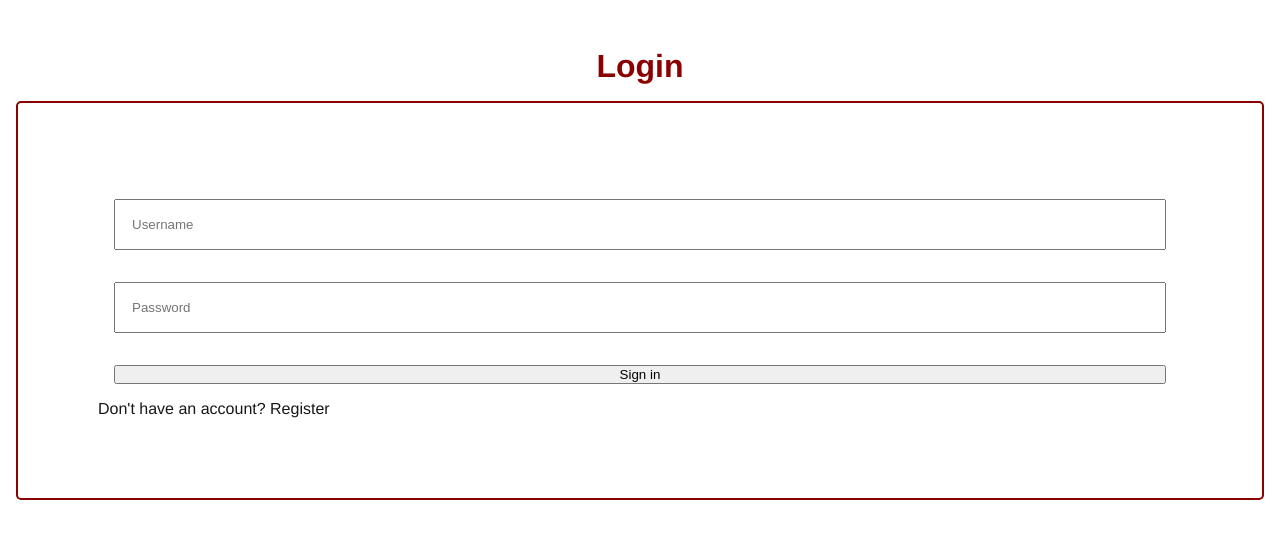
Repository: EricRobertCampbell/palaeo-fossil-classifier
Page: /login (app in palaeo-fossil-classifier/)
These files come from the project's save history. The page is drawn as it stood at one moment and after the next save; the edit follows.
The browser window is 1280 px wide. The pictures show the whole page.
The project was rebuilt for these pictures with package versions that can differ from the ones it lists, and the page was loaded fresh each time. The framework's server and built-in components were replaced by stand-ins that run in the browser. Also part of the build but not shown: palaeo-fossil-classifier/next.config.ts.

Above is the page before, as saved 2024-11-30 12:40:41.

After the next save:
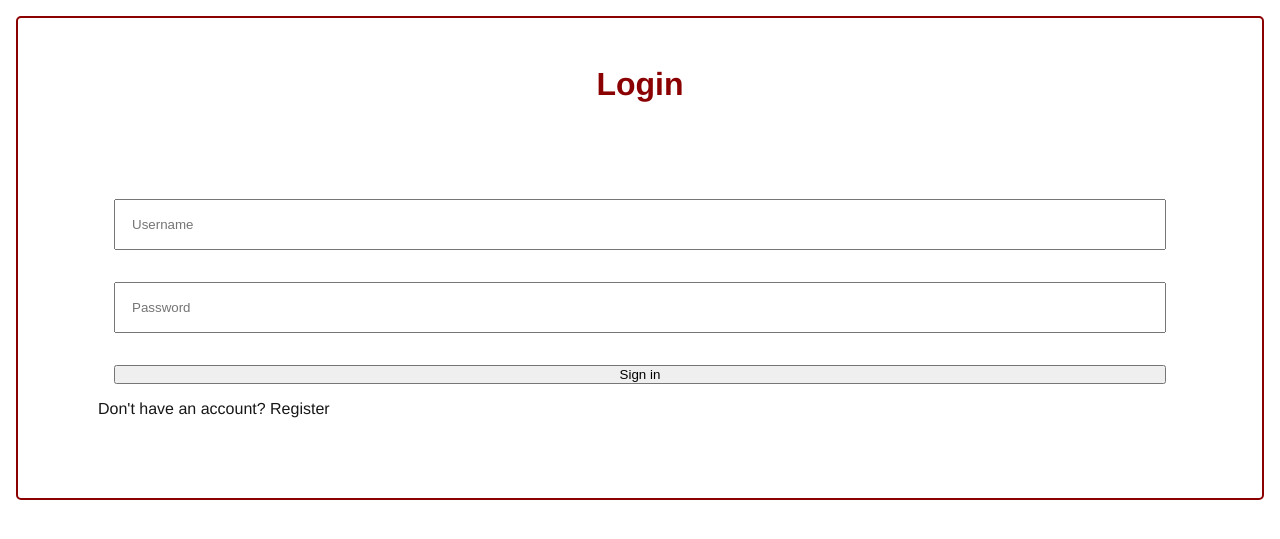
Saved 35 s later.
--- a/palaeo-fossil-classifier/app/login/page.tsx
+++ b/palaeo-fossil-classifier/app/login/page.tsx
@@ -4,8 +4,9 @@ import styles from "./page.module.css";
 export default function login() {
   return (
     <div>
-      <h1 className={styles.title}>Login</h1>
       <div className={styles.login}>
+        <h1 className={styles.title}>Login</h1>
+
         <div className={styles.form}>
           <input
             className={styles.input}
